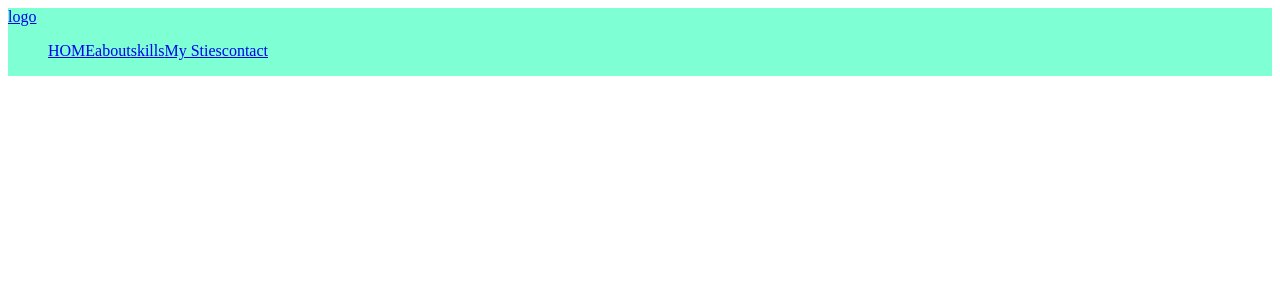
Repository: jun01270/jun
Page: index.html
These files come from the project's save history. The page is drawn as it stood at one moment and after a run of saves; the edit follows.
The browser window is 1280 px wide. The pictures show the whole page.

Above is the page before, as saved 2023-05-08 15:44:11.

### index.html
<!DOCTYPE html>
<html lang="en">
<head>
    <meta charset="UTF-8">
    <meta http-equiv="X-UA-Compatible" content="IE=edge">
    <meta name="viewport" content="width=device-width, initial-scale=1.0">
    <link rel="stylesheet" type="text/css" href="main.css">
    <title>Document</title>
</head>
<body>
    <nav class="navbar">
        <div class="max-width">
            <div class="logo"><a href="#home">logo</a></div>
            <ul class="menu-bar">
                <li><a href="#home" class="menu-btn" id="homeID">HOME</a></li>
                <li><a href="#about" class="menu-btn" id="homeID">about</a></li>
                <li><a href="#skills" class="menu-btn">skills</a></li>
                <li><a href="#my-sites" class="menu-btn">My Sties</a></li>
                <li><a href="#contact" class="menu-btn">contact</a></li>
            </ul>
        </div>
    </nav>
</body>
</html>

### main.css
html{
    scroll-behavior: smooth;
}

.navbar{
    display: flex;
    justify-content: space-between;
    align-items: center;
    background-color: aquamarine;
}

.menu-bar{
    display: flex;
    align-items: center;
    list-style: none;
}

After the next 2 saves:
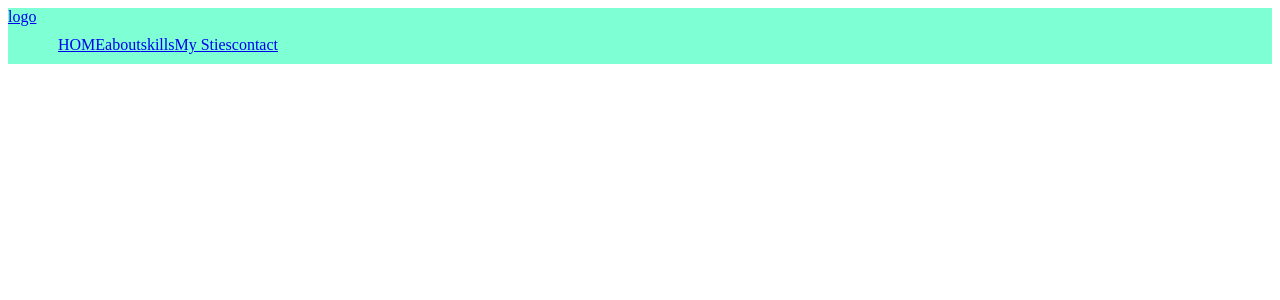
The 2 saves are shown as one change because they came seconds apart.
The last was saved 9 s later.
--- a/main.css
+++ b/main.css
@@ -11,6 +11,6 @@ html{
 
 .menu-bar{
     display: flex;
-    align-items: center;
+    margin: 10px 10px;
     list-style: none;
 }
